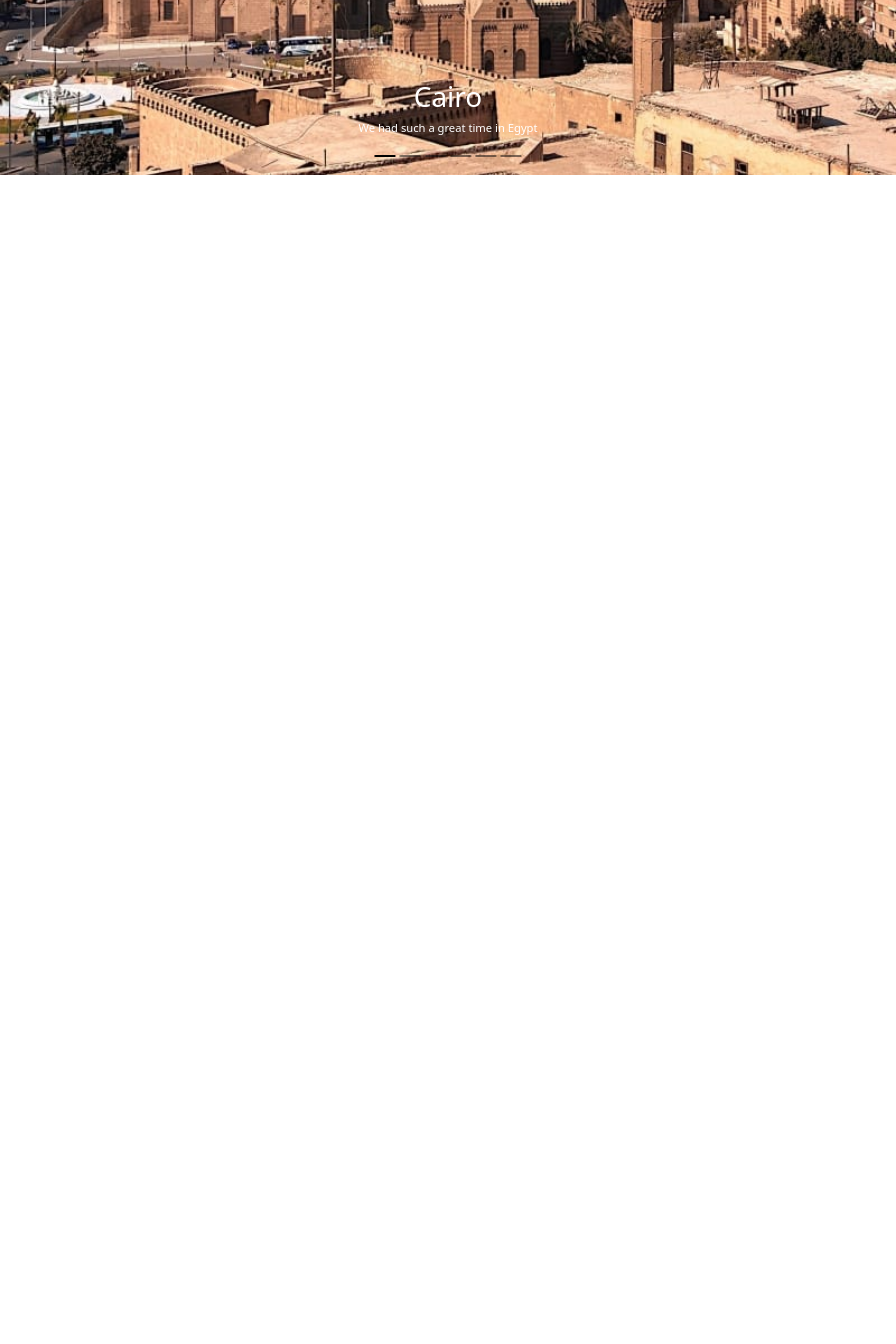
Repository: Ahmed123rezk123/P-temp
Page: index.html
The author's editor kept a copy of each file at every save. The page is drawn from the files as they stood at one save, then again after the next save.
The browser window is 1280 px wide. The pictures show the part of the page from y = 579 to 2499 px (the page is 100000 px tall before and 829 px after), at 70% of full size.

Above is the page before, as saved 2024-02-15 13:31:44.

### index.html
<!DOCTYPE html>
<html lang="en">
  <head>
    <meta charset="UTF-8" />
    <meta name="viewport" content="width=device-width, initial-scale=1.0" />
    <title>Document</title>
    <link rel="stylesheet" href="CSS/style.css" />
    <link rel="stylesheet" href="CSS/all.css" />
    <link
      href="https://cdn.jsdelivr.net/npm/bootstrap@5.1.3/dist/css/bootstrap.min.css"
      rel="stylesheet"
      integrity="sha384-1BmE4kWBq78iYhFldvKuhfTAU6auU8tT94WrHftjDbrCEXSU1oBoqyl2QvZ6jIW3"
      crossorigin="anonymous"
    />
  </head>
  <body>
    <nav class="navbar navbar-expand-lg bg-light sticky-top">
      <div class="container-fluid">
        <a class="navbar-brand egypt p-lg-3" href="#">
          <img
            src="images/e2533023876439.5632a45cc17d8.jpg"
            class="img-fluid logo mb-2"
            alt=""
          />
          EGYPT
        </a>
        <button
          class="navbar-toggler"
          type="button"
          data-bs-toggle="collapse"
          data-bs-target="#navbarSupportedContent"
          aria-controls="navbarSupportedContent"
          aria-expanded="false"
          aria-label="Toggle navigation"
        >
          <i class="fas fa-bars"></i>
        </button>
        <div class="collapse navbar-collapse" id="navbarSupportedContent">
          <ul class="navbar-nav me-auto mb-2 mb-lg-0">
            <li class="nav-item">
              <a
                class="nav-link active text-info p-lg-2"
                aria-current="page"
                href="#"
                >Home</a
              >
            </li>
            <li class="nav-item">
              <a class="nav-link text-info p-lg-2" href="#">Link</a>
            </li>
            <li class="nav-item dropdown">
              <a
                class="nav-link dropdown-toggle text-info border rounded border-info border-2 trips p-lg-2"
                href="#"
                id="navbarDropdown"
                role="button"
                data-bs-toggle="dropdown"
                aria-expanded="false"
              >
                Trips
              </a>
              <ul class="dropdown-menu" aria-labelledby="navbarDropdown">
                <li><a class="dropdown-item text-info" href="#">Cairo</a></li>
                <li><a class="dropdown-item text-info" href="#">Alex</a></li>
                <li><hr class="dropdown-divider text-info" /></li>
                <li><a class="dropdown-item text-info" href="#">Aswan</a></li>
                <li><a class="dropdown-item text-info" href="#">Luxor</a></li>
                <li>
                  <a class="dropdown-item text-info" href="#">Sharm Elsaikh</a>
                </li>
                <li>
                  <a class="dropdown-item text-info" href="#">El Glala</a>
                </li>
                <li>
                  <a class="dropdown-item text-info" href="#">More ...</a>
                </li>
              </ul>
            </li>
            <li class="nav-item">
              <a class="nav-link disabled text-info p-lg-2">About</a>
            </li>
          </ul>
          <form class="d-flex">
            <input
              class="form-control border-info me-2"
              type="search"
              placeholder="Search"
              aria-label="Search"
            />
            <button class="btn btn-info me-2 text-light" type="submit">
              Search
            </button>
            <button type="button" class="btn btn-info text-light"  data-bs-toggle="modal" data-bs-target="#exampleModal">
              Login
            </button>

          </form>
        </div>
      </div>
    </nav>
    <!-- start model -->
    <div
    class="modal fade"
    id="exampleModal"
    tabindex="-1"
    aria-labelledby="exampleModalLabel"
    aria-hidden="true"
  >
    <div class="modal-dialog">
      <div class="modal-content">
        <div class="modal-header bg-info">
          <h5 class="modal-title   text-white " id="exampleModalLabel">
            Login
          </h5>
          <button
            type="button"
            class="btn-close bg-light"
            data-bs-dismiss="modal"
            aria-label="Close"
          ></button>
        </div>
        <div class="modal-body text-info">
          <form>
            <div class="mb-3">
              <label for="exampleInputEmail1" class="form-label">Email address</label>
              <input type="email" class="form-control  border border-info" id="exampleInputEmail1" aria-describedby="emailHelp">
              <div id="emailHelp" class="form-text">We'll never share your email with anyone else.</div>
            </div>
            <div class="mb-3">
              <label for="exampleInputPassword1" class="form-label">Password</label>
              <input type="password" class="form-control border border-info" id="exampleInputPassword1">
            </div>
            <div class="form-check form-switch   ">
              <input class="form-check-input bg-info" type="checkbox" role="switch" id="flexSwitchCheckChecked" checked>
              <label class="form-check-label " for="flexSwitchCheckChecked">Remmember me</label>
            </div>
          </form>
        </div>

        <div class="modal-footer">
            <button type="button" class="btn btn-info text-white">Login</button>
          <button type="button" class="btn btn-info text-white"  data-bs-dismiss="modal"  aria-label="Close">
            Close
          </button>

        </div>
      </div>

    </div>
  </div>
  <!-- end model -->
<!--  Section 1-->
<div id="carouselExampleDark" class="carousel carousel-dark slide" data-bs-ride="carousel">
  <div class="carousel-indicators">
    <button type="button" data-bs-target="#carouselExampleDark" data-bs-slide-to="0" class="active" aria-current="true" aria-label="Slide 1"></button>
    <button type="button" data-bs-target="#carouselExampleDark" data-bs-slide-to="1" aria-label="Slide 2"></button>
    <button type="button" data-bs-target="#carouselExampleDark" data-bs-slide-to="2" aria-label="Slide 3"></button>
    <button type="button" data-bs-target="#carouselExampleDark" data-bs-slide-to="3" aria-label="Slide 4"></button>
    <button type="button" data-bs-target="#carouselExampleDark" data-bs-slide-to="4" aria-label="Slide 5"></button>
    <button type="button" data-bs-target="#carouselExampleDark" data-bs-slide-to="0" aria-label="Slide 1"></button>
  </div>
  <div class="carousel-inner">
    <div class="carousel-item active" data-bs-interval="10000">
      <img src="images/cairo.jpg" class="d-block w-100" alt="...">
      <div class="carousel-caption d-none d-md-block content">
        <h1 class="text-white">Cairo</h1>
        <p class="text-white">We had such a great time in Egypt</p>
      </div>
    </div>
    <div class="carousel-item" data-bs-interval="2000">
      <img src="images/Alex.jpg" class="d-block w-100" alt="...">
      <div class="carousel-caption d-none d-md-block content">
        <h1 class="text-white">Alex</h1>
        <p class="text-white">Alex is great</p>
      </div>
    </div>
    <div class="carousel-item">
      <img src="images/sharm.jpg" class="d-block w-100" alt="...">
      <div class="carousel-caption d-none d-md-block content">
        <h1 class="text-white">Sharm Elshekh</h1>
        <p class="text-white">Sharm is beautiful</p>
      </div>
    </div>
    <div class="carousel-item">
      <img src="images/glala.jpg" class="d-block w-100" alt="...">
      <div class="carousel-caption d-none d-md-block content">
        <h1 class="text-white">El Glala</h1>
        <p class="text-white">I love El Glala</p>
      </div>
    </div>
    <div class="carousel-item">
      <img src="images/aswan.jpg" class="d-block w-100" alt="...">
      <div class="carousel-caption d-none d-md-block">
        <h1 class="text-white">Aswan</h1>
        <p class="text-white">I want visit Aswan</p>
      </div>
    </div>
    <div class="carousel-item">
      <img src="images/الأقصر-2.jpg" class="d-block w-100" alt="...">
      <div class="carousel-caption d-none d-md-block">
        <h1 class="text-white">Luxor</h1>
        <p class="text-white">I love this city</p>
      </div>
    </div>
  </div>
  <button class="carousel-control-prev" type="button" data-bs-target="#carouselExampleDark" data-bs-slide="prev">
    <span class="carousel-control-prev-icon" aria-hidden="true"></span>
    <span class="visually-hidden">Previous</span>
  </button>
  <button class="carousel-control-next" type="button" data-bs-target="#carouselExampleDark" data-bs-slide="next">
    <span class="carousel-control-next-icon" aria-hidden="true"></span>
    <span class="visually-hidden">Next</span>
  </button>
</div>
  <script
      src="https://cdn.jsdelivr.net/npm/bootstrap@5.1.3/dist/js/bootstrap.bundle.min.js"
      integrity="sha384-ka7Sk0Gln4gmtz2MlQnikT1wXgYsOg+OMhuP+IlRH9sENBO0LRn5q+8nbTov4+1p"
      crossorigin="anonymous"
    ></script>
  </body>
</html>

### CSS/style.css
* {
    margin: 0;
    padding: 0;
    box-sizing: border-box;
}
body {
    height: 100000px;
}

.logo{
    width: 80px;
    height: 80px;
    border-radius: 50%;
    margin: 0 30px;
}
.egypt {
    position: relative;
    font-weight: bold;
    color:#876fb3;
    letter-spacing: 1.5px;
    border-right: 1px solid   gray;
    padding: 10px;

}

.navbar .navbar-toggler {
    border-color: gray;
    color: gray;
    font-size: 18px;
}
/* .navbar .navbar-toggler:focus {
box-shadow: none;

}
  */

Loaded but not shown: CSS/all.css (library)

After the next save:
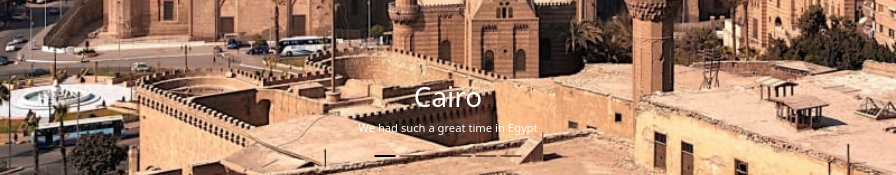
Saved 44 s later.
--- a/CSS/style.css
+++ b/CSS/style.css
@@ -4,7 +4,7 @@
     box-sizing: border-box;
 }
 body {
-    height: 100000px;
+    /* height: 100000px; */
 }
 
 .logo{
